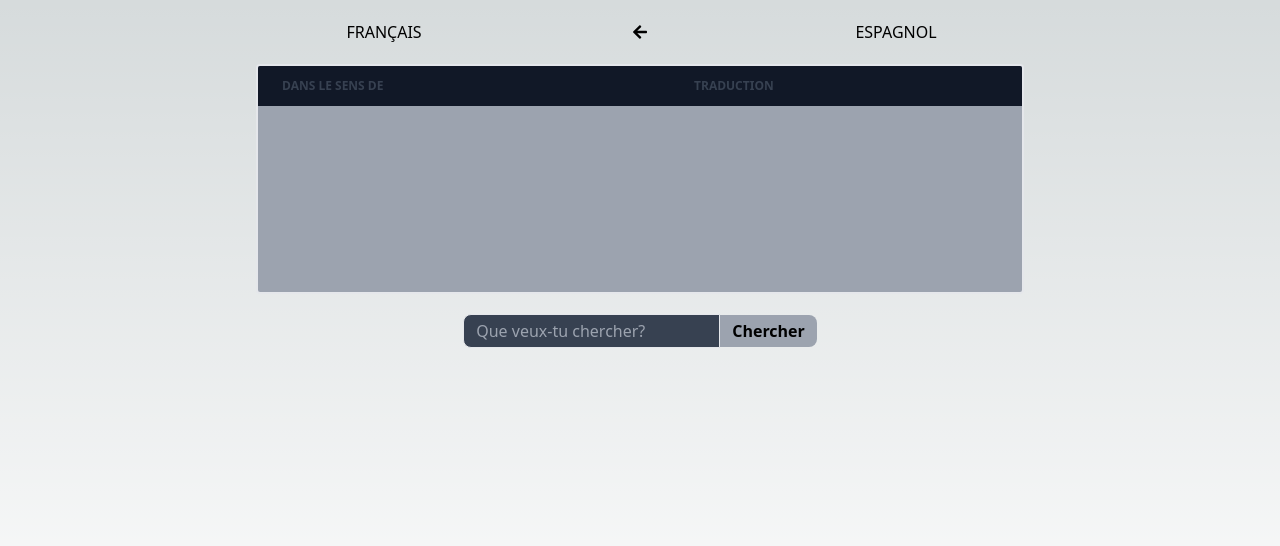
Repository: All-Khwarizmi/Dico
Page: /
The author's editor kept a copy of each file at every save. The page is drawn from the files as they stood at one save, then again after the next save.
The browser window is 1280 px wide. The pictures show the whole page.
An inner scrolling area shows only its first screen. The project was rebuilt for these pictures with package versions that can differ from the ones it lists, and the page was loaded fresh each time. The framework's server and built-in components were replaced by stand-ins that run in the browser. Also part of the build but not shown: next.config.js, vite.config.ts.

Above is the page before, as saved 2023-02-17 18:03:08.

After the next save:
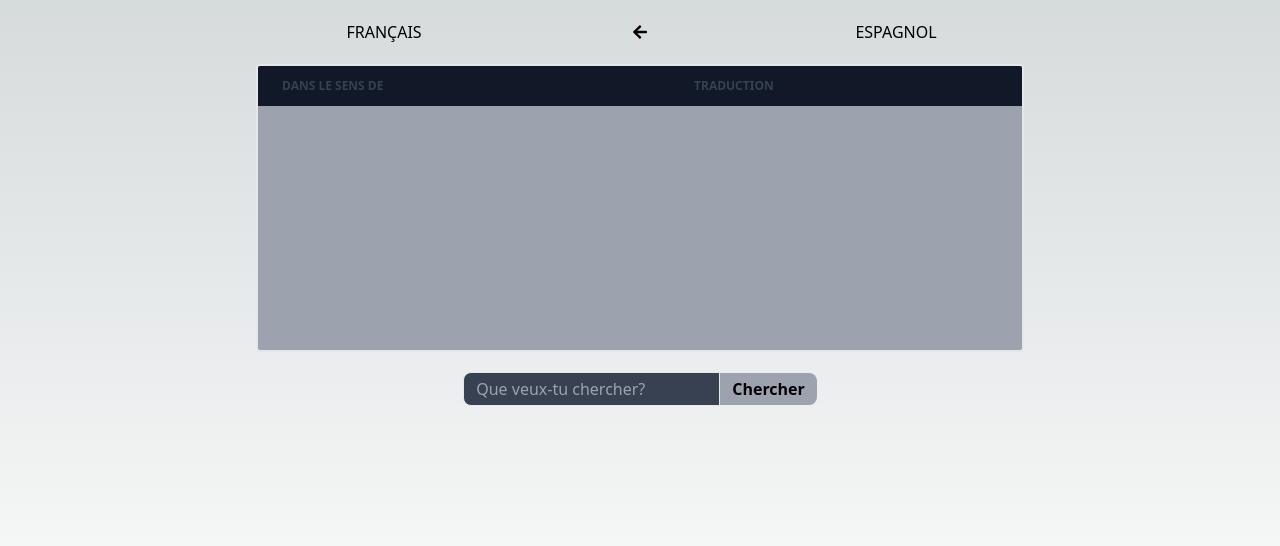
Saved 118 s later.
--- a/src/app/page.tsx
+++ b/src/app/page.tsx
@@ -107,7 +107,7 @@ export default function Home() {
           </div>
         )}
       </div>
-      <div className='flex h-[80%] flex-col items-center gap-5'>
+      <div className='flex h-[100%] flex-col items-center gap-5'>
         <div className='border-black-500 h-[40%] max-h-[40%] w-[60%] overflow-scroll rounded border-2 border-solid bg-gray-400'>
           <div className='text-black '>
             <div className=''>
